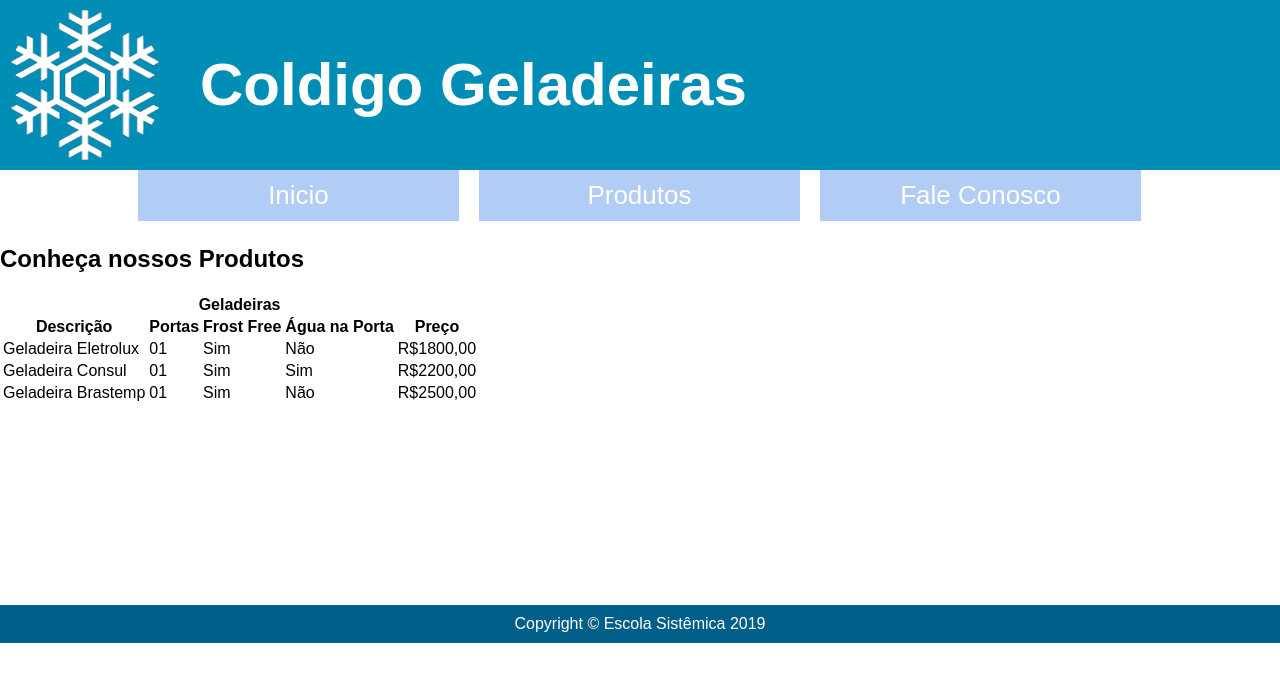
Repository: VandersonCani/Front-End
Page: ProjetoTrilhaWeb/src/main/webapp/WEB-INF/pages/site/produtos.html
An editor plug-in stored every save of this project. The page is shown before and after the next save, followed by the edit.
The browser window is 1280 px wide. The pictures show the whole page.

Above is the page before, as saved 2024-05-08 00:23:30.

After the next save:
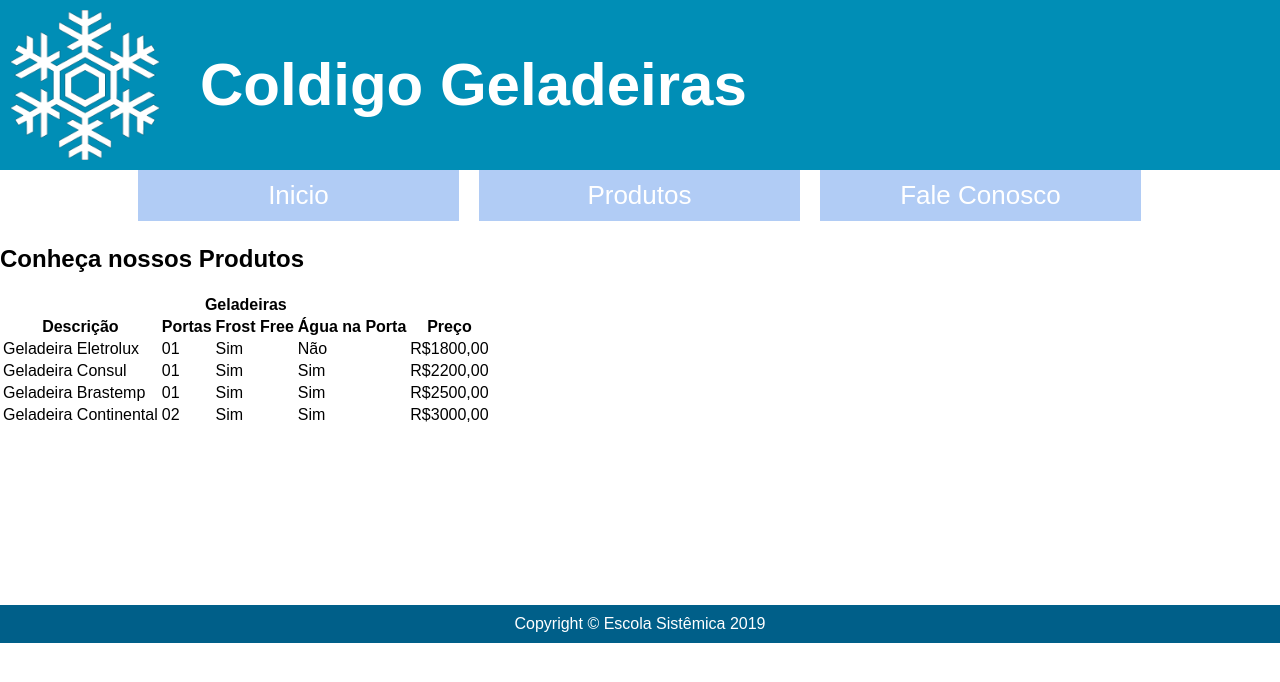
Saved 41 s later.
--- a/ProjetoTrilhaWeb/src/main/webapp/WEB-INF/pages/site/produtos.html
+++ b/ProjetoTrilhaWeb/src/main/webapp/WEB-INF/pages/site/produtos.html
@@ -54,8 +54,15 @@
 					<td>Geladeira Brastemp</td>
 					<td>01</td>
 					<td>Sim</td>
-					<td>Não</td>
+					<td>Sim</td>
 					<td>R$2500,00</td>
+				</tr>
+				<tr>
+					<td>Geladeira Continental</td>
+					<td>02</td>
+					<td>Sim</td>
+					<td>Sim</td>
+					<td>R$3000,00</td>
 				</tr>
 
 			</tbody>
